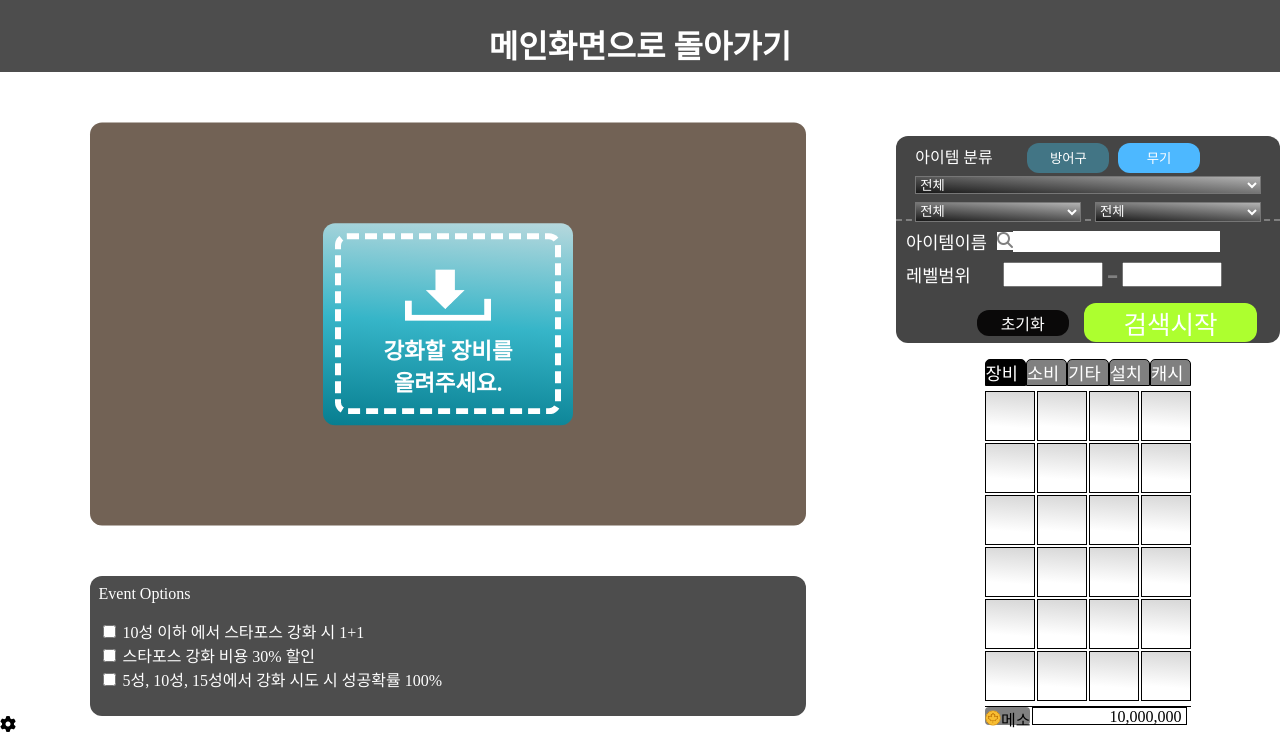
Repository: Unique0902/maple-sim
Page: starsim.html
These files come from the project's save history. The page is drawn as it stood at one moment and after the next save; the edit follows.
The browser window is 1280 px wide. The pictures show the whole page.
Some web libraries are served in a nearby version.

Above is the page before, as saved 2022-07-24 18:08:10.

### starsim.html
<!DOCTYPE html>
<html>
  <head>
    <meta charset="utf-8" />
    <script src="https://cdn.jsdelivr.net/npm/sweetalert2@9"></script>
    <link rel="stylesheet" href="starCatchFrame.css" />
    <title>스타포스 시뮬레이터</title>
    <link rel="shortcut icon" href="#">
    <script
      src="https://kit.fontawesome.com/5e90eb26c9.js"
      crossorigin="anonymous" defer
    ></script>
    <link rel="stylesheet" href="starsim_style.css" />
    <script src="starForceLogic.js" defer></script>
    <script src="starsim_main.js" defer></script>
  </head>
  <body>
    <header>
      <a href="index.html" class="header__anchor"
        ><h1>메인화면으로 돌아가기</h1></a
      >
    </header>
    <main>
      <section class="reinforceWindow">
        <div class="reinforceBox">
          <div class="renforceBox__outerBox">
            <div class="reinforceBox__borderBox">
              <img
                src="picture/drag.png"
                alt="dragout"
                class="reinforceBox__img"
              />
              <p class="reinforceBox__description">
                강화할 장비를<br />올려주세요.
              </p>
            </div>
          </div>
          <div class="starforceBox none">
            <div class="starforceBox__reinforceSelects">
              <button class="starforceBox__reinforceSelect">
                주문서
              </button>
              <button class="starforceBox__reinforceSelect selected">
                스타포스 강화
              </button>
              <button class="starforceBox__reinforceSelect">
                장비전승
              </button>
            </div>
            <div class="starforceBox__alertBox">
              <i class="fa-solid fa-triangle-exclamation"></i>
              <span class="alertBox__description">
                실패 시 장비가 <span class="yellow">파괴</span>되거나 <span class="yellow">단계</span>가 <span class="yellow">하락</span>될 수 있습니다.
              </span>
            </div>
            <div class="starforceBox__mainItemBlock">
              <div class="mainItemBlock__itemView">
                <div class="mainItemBlock__detailStarforce">
                  <div class="detailStarforce__lineRight"></div>
                  <div class="detailStarforce__text">10성+</div>
                  <div class="detailStarforce__lineLeft"></div>
                  <div class="detailStarforce__lineRightDown"></div>
                  <div class="detailStarforce__lineLeftDown"></div>
                </div>
                <div class="mainItemBlock__detailStarforce__downBox"></div>
                <div class="mainItemBlock__borderBlock">
                  <img src="picture/archer_hat_150.jpg" alt="" class="mainItemBlock__itemImg">
                </div>
                <div class="itemView__animationBlock">
                  <div id="centerTwinkle" class="none"></div>
                  <div id="borderTwinkle" class="none"></div>
                </div>
              </div>
              <div class="mainItemBlock__reinforceDescription">
                <span id="beforeStar">12</span>성> <span id="nextStar">13</span>성<br>
                성공확률: <span id="successPer">40.0</span>%<br>
                <span id="fail">실패(<span id="minOrMain">하락</span>)확률: <span id="failPer">40.0</span>%<br></span>
                <span id="destroyed">파괴확률: <span id="destroyPer">40.0</span>%<br></span>
                <br>
                <span id="str">STR: +<span id="strStat">3</span><br></span>
                <span id="dex">DEX: +<span id="dexStat">3</span><br></span>
                <span id="int">INT: +<span id="intStat">3</span><br></span>
                <span id="luk">LUK: +<span id="lukStat">3</span><br></span>
                <span id="attack">공격력: +<span id="attackStat">3</span><br></span>
                <span id="magic">마력: +<span id="magicStat">3</span><br></span>
                <span id="maxHp">최대 HP: +<span id="maxHpStat">5</span><br></span>
                <span id="maxMp">최대 MP: +<span id="maxMpStat">5</span><br></span>
                <span id="defense">방어력: +<span id="defenseStat">5</span><br></span>
                <span id="speed">이동속도: +<span id="speedStat">5</span><br></span>
                <span id="jump">점프력: +<span id="jumpStat">5</span><br></span>
              </div>
            </div>
            <div class="starforceBox__starforceOptions">
              <div class="starforceOption">
                <span class="starforceOption__title">스타캐치 해제</span>
                <input type="checkbox" name="unlockStarcatch" class="starforceOption__checkBox" id="unlockStarcatch">
                <label for="unlockStarcatch"></label>
              </div>
              <div class="starforceOption">
                <span class="starforceOption__title">파괴방지</span>
                <input type="checkbox" name="preventDestruction" class="starforceOption__checkBox" id="preventDestruction">
                <label for="preventDestruction" id="preventDestructionLabel"></label>
              </div>
            </div>
            <div class="starforceBox__necessaryMoneyBlock">
              <div class="necessaryMoneyBlock__titleBox">
                <i class="fa-solid fa-circle"></i>
                <span class="necessaryMoneyBlock__title">필요한 메소:</span>
              </div>
              <div class="necessaryMoneyBlock__leftMoney">10,000</div>
            </div>
            <div class="starforceBox__reinforceBtns">
              <button class="starforceBox__reinforceBtn">
                <span class="reinforceBtn__opacityWrap">
                  <i class="fa-solid fa-plus"></i>
                  <span class="reinforceBtn__title">강화</span>
                </span>
              </button>
              <button class="starforceBox__cancelBtn">
                <i class="fa-solid fa-rotate-left"></i>
                <span class="cancelBtn__title">취소</span>
              </button>
            </div>
          </div>
          <div class="reinforceAdditionBox none">
            <div class="reinforceAdditionBox__descriptionBlock">
              <div class="reinforceAdditionBox__description">
                <span id="addition__moneyText">10000</span> 메소<br>
                <br>
                <span id="addition__diminishText">강화 실패 시 강화 단계가 하락됩니다.<br></span>
                <span id="addition__destroyAndDiminishText">강화 실패 시 장비가 파괴되거나<br>
                강화 단계가 하락될 수 있습니다.<br>
                </span>
                <span id="addition__destroyText">강화 실패 시 장비가 파괴될 수 있습니다.<br></span>
                <span id="addition__reinforceTryText">강화를 시도하시겠습니까?</span>
              </div>
            </div>
            <div class="reinforceAdditionBox__buttonsBlock">
              <button class="reinforceAdditionBox__confirmBtn">
                확인
              </button>
              <button class="reinforceAdditionBox__cancelBtn">
                취소
              </button>
            </div>
          </div>
          <div class="reinforceResultBox none">
            <div class="reinforceResultBox__mainBlock">
              <div class="reinforceResultBox__imgChangeBlock">
                <div class="imgChangeBlock__beforeBlock">
                  <img src="picture/archer_hat_150.jpg" class="beforeImg" alt="">
                </div>
                <i class="fa-solid fa-angle-right"></i>
                <div class="imgChangeBlock__afterBlock">
                  <img src="picture/archer_hat_150.jpg" class="afterImg" alt="">
                </div>
              </div>
              <div class="reinforceResultBox__description">
                <span id="resultSuccessText">강화에 <span id="yellow">성공</span>하셨습니다.</span>
                <span id="resultDiminishText" class="none">강화에 <span id="red">실패</span>하여 강화 단계가 <span id="red">하락</span>하였습니다.</span>
                <span id="resultMaintainText" class="none">강화에 <span id="red">실패</span>하였습니다.</span>
                <span id="resultDestroyText" class="none">강화에 <span id="black">실패</span>하여 장비가 <span id="black">파괴</span>되었습니다.</span>
              </div>
            </div>
            <div class="reinforceResultBox__buttonsBlock">
              <button class="reinforceResultBox__confirmBtn">
                확인
              </button>
            </div>
            <div class="successAnimation none">
              <div class="successAnimation__upline"></div>
              <div class="successAnimation__main">
                <img src="texts/success.png" class="successAnimation__img">
              </div>
              <div class="successAnimation__downline"></div>
              <div class="successAnimation__effectCircle">
              </div>
              <div class="successAnimation__effectStars">
                <img src="picture/star1.png" id="star1">
                <img src="picture/star2.png" id="star2">
                <img src="picture/star3.png" id="star3">
                <img src="picture/star4.png" id="star4">
              </div>
            </div>
            <div class="failAnimation none">
              <div class="failAnimation__upline"></div>
              <div class="failAnimation__main">
                <img src="texts/failed.png" class="failAnimation__img">
              </div>
              <div class="failAnimation__downline"></div>
            </div>
            <div class="destroyAnimation none">
              <div class="destroyAnimation__upline"></div>
              <div class="destroyAnimation__main">
                <img src="texts/destroyed.png" class="destroyAnimation__img">
              </div>
              <div class="destroyAnimation__downline"></div>
            </div>
          </div>
          <div class="starcatchBox none">
            <div class="starcatchBox__main">
              <div class="starcatchBox__description">
                <div class="starcatchBox__text">
                  별을 정확한 곳에 멈추면 <span id="yellow">강화 성공률이 증가</span>하며<br>
                  연속해서 강화를 시도하면 <span id="yellow">난이도가 증가</span>합니다.
                </div>
              </div>
              <div class="starcatchBox__itemBlock">
                <div class="starcatchBox__itemView">
                  <div class="starcatchBox__borderBlock">
                    <img src="picture/archer_hat_150.jpg" class="starcatchBox__itemImg">
                  </div>
                </div>
                <div class="starcatchBox__countAnimations none">
                  <img src="texts/start.png" class="countStartAnimation">
                  <img src="texts/1.png" class="count1Animation">
                  <img src="texts/2.png" class="count2Animation">
                  <img src="texts/3.png" class="count3Animation">
                  <img src="texts/4.png" class="count4Animation">
                  <img src="texts/5.png" class="count5Animation">
                </div>
              </div>
                <div class="starcatchBox__gameBlock">
                  <div class="starcatchBox__starAnimation none">
                    <img src="picture/star.png" class="starAnimation__star">
                  </div>
                  <div class="gameBlock__targetZone"></div>
                  <div class="starcatchBox__successCircleAnimation none"></div>
                  <div class="starcatchBox__successperAnimation none">
                    <img src="texts/starcatchSuccess.png" class="starcatchPerImg">
                  </div>
                </div>
              <div class="starcatchBox__btnBlock">
                <button class="starcatchBox__stopBtn">
                  STOP!
                </button>
              </div>
            </div>

          </div>
          <div class="maxStarforceBox none">
            <div class="maxStarforceBox__mainBlock">
              <div class="maxStarforceBox__description">
                <span id="maxStarforceText">강화에 성공하셨습니다.<br>
                장비가 한계까지 강화되어<br>
                더 이상 강화할 수 없습니다.
                </span>
              </div>
            </div>
            <div class="maxStarforceBox__buttonsBlock">
              <button class="maxStarforceBox__confirmBtn">
                확인
              </button>
            </div>
          </div>
        </div>
      </section>
      <aside>
        <section class="itemSelectWindow">
          <div class="itemSelctWindow__optionSelect">
            <div class="optionSelect__header">
              <div class="optionSelect__title">아이템 분류</div>
              <div class="optionSelct__buttons">
                <button class="clothBtn selected">방어구</button>
                <button class="weaponBtn">무기</button>
              </div>
            </div>
            <div class="itemSlectWindow__selects">
              <div class="jobOption">
                <select name="job" id="job">
                        <option>전체</option>
                        <option>전사</option>
                        <option>마법사</option>
                        <option>궁수</option>
                        <option>도적</option>
                        <option>해적</option>
                </select>
            </div>
            <div class="itemOptions">
                <div class="itemType">
                    <select name="itemType" id="itemType">
                        <option selected>전체</option>
                        <option>방어구</option>
                        <option>장신구</option>
                        <option>기타</option>
                    </select>
                </div>
                <div class="bodyPartOption">
                    <select name="bodyPart" id="bodyPart">
                        <option selected>전체</option>
                    </select>
                </div>
            </div>
            </div>

          </div>
          <div class="line"></div>
          <div class="itemSelectWindow__nameSearch">
            <label class="nameSearch__title">아이템이름</label>
              <span class="nameSearch__searchImg"><i class="fa-solid fa-magnifying-glass"></i></span>
            <input type="search" maxlength="30" class="nameSearch__searchBlock"></input>
          </div>
          <div class="itemSelectWindow__levelLimit">
            <label class="levelLimit__title">레벨범위</label>
            <div class="levelLimit__option">
              <input type="number" class="levelLimit__frontLevel">
              <span class="levelLimit__borderline">-</span>
              <input type="number" class="levelLimit__backLevel">
            </div>
          </div>
          <div class="searchBtns">
            <button class="searchClearBtn">초기화</button>
            <button class="searchStartBtn">검색시작</button>
          </div>
        </section>
        <section class="itemWindow">
          <ul class="itemDivisions">
            <li class="itemDivision sel">장비</li>
            <li class="itemDivision">소비</li>
            <li class="itemDivision">기타</li>
            <li class="itemDivision">설치</li>
            <li class="itemDivision">캐시</li>
          </ul>
          <div class="itemWindow__items">
            <table class="items__table">

              <tbody>
                <tr id="tr1">
                  <td class="tr1" id="td1"></td>
                  <td class="tr1" id="td2"></td>
                  <td class="tr1" id="td3"></td>
                  <td class="tr1" id="td4"></td>
                </tr>
                <tr id="tr2">
                  <td class="tr2" id="td1"></td>
                  <td class="tr2" id="td2"></td>
                  <td class="tr2" id="td3"></td>
                  <td class="tr2" id="td4"></td>
                </tr>
                <tr id="tr3">
                  <td class="tr3" id="td1"></td>
                  <td class="tr3" id="td2"></td>
                  <td class="tr3" id="td3"></td>
                  <td class="tr3" id="td4"></td>
                </tr>
                <tr id="tr4">
                  <td class="tr4" id="td1"></td>
                  <td class="tr4" id="td2"></td>
                  <td class="tr4" id="td3"></td>
                  <td class="tr4" id="td4"></td>
                </tr>
                <tr id="tr5">
                  <td class="tr5" id="td1"></td>
                  <td class="tr5" id="td2"></td>
                  <td class="tr5" id="td3"></td>
                  <td class="tr5" id="td4"></td>
                </tr>
                <tr id="tr6">
                  <td class="tr6" id="td1"></td>
                  <td class="tr6" id="td2"></td>
                  <td class="tr6" id="td3"></td>
                  <td class="tr6" id="td4"></td>
                </tr>
              </tbody>
            </table>
          </div>
          <div class="itemWindow__moneyBlock">
            <span class="moneyBlock__title"
              ><img src="picture/mapleCoin-removebg-preview.png" alt="meso" class="mesoImg" />메소</span
            >
            <span class="moneyBlock__nowMoney">000</span>
          </div>
          <div class="followedItemBox">

          </div>
        </section>
      </aside>
    </main>
    <footer>
      <section class="optionWindow">
        <div class="optionWindow__title">
          Event Options
        </div>
        <ul class="reinforceEvents">
          <li class="reinforceEvent">
            <input type="checkbox" id="onePlusOne">
            <label for="onePlusOne" class="onePLusOne_label">10성
               이하 에서 스타포스 강화 시 1+1
            </label>
          </li>
          <li class="reinforceEvent">
            <input type="checkbox" id="discount30">
            <label for="discount30" class="discount30_label">스타포스
                   강화 비용 30% 할인
            </label>
          </li>
          <li class="reinforceEvent">
            <input type="checkbox" id="reinforceEvent">
            <label for="reinforceEvent" class="reinforceEvent_label">5성, 10성, 15성에서 강화 시도 시 성공확률 100%
            </label>
          </li>
        </ul>
      </section>
      <section class="lowerBar">
        <div class="lowerBar__settings">
          <i class="fa-solid fa-gear"></i>
        </div>
      </section>
    </footer>
    <section class="searchedPageWindow none">
      <div class="searchedPageWindow__header">
        <div class="searchedPageWindow__title">
          | 검색결과
        </div>
        <button class="searchedPageWindow__previousBtn"><</button>
        <div class="searchedPageWindow__pageInformation">0 / 0</div>
        <button class="searchedPageWindow__nextBtn">></button>
        <button class="searchedPageWindow__cancelBtn">X</button>
      </div>
      <div class="searchedPageWindow__itemTableSubBlock">
        <div class="itemTableSubBlock__itemName">
          아이템 이름
        </div>
        <div class="itemTableSubBlock__levelLimit">
          레벨 제한
        </div>
      </div>
      <div class="searchedPageWindow__itemTable">

      </div>
    </section>

  </body>
</html>

### starCatchFrame.css
@-webkit-keyframes move{
  from{
    top: 345px;
    left: 140px;
  }
  to{
    top: 345px;
    left: 490px;
  }
}
#starCatchFailedImage{
  display: none;
  position: relative;
  z-index: 4;
  height: 65px;
  width: 200px;
  bottom: 30px;
  left: 180px;
}
#starCatchSuccessImage{
  display: none;
  position: relative;
  z-index: 4;
  height: 65px;
  width: 200px;
  bottom: 30px;
  left: 180px;
}
#starCatchStartImage{
  display: none;
  position: relative;
  z-index: 3;
  height: 250px;
  width: 350px;
  bottom: 180px;
  left: 60px;
}
#starCatch5secondImage, #starCatch4secondImage, #starCatch3secondImage, #starCatch2secondImage, #starCatch1secondImage{
  display: none;
  position: relative;
  z-index: 3;
  height: 200px;
  width: 200px;
  bottom: 300px;
  left: 160px;
}
#starForceSuccessImage, #starForceFailedImage{
  display: none;
  position: relative;
  z-index: 4;
  height: 200px;
  width: 200px;
  bottom: 350px;
  left: 160px;
}
#starCatchGrid{
  display= grid;
  position: relative;
  z-index: 2;
  grid-template-columns: 1fr;
   grid-template-rows: 2fr 6fr 1fr 1fr;
   background-color: black;
   width:500px;
   bottom: 350px;
}
#tel{
  margin-left: 50px;
  height: 40px;
  width: 400px;
  background-color:#1E3269;
}

#starstar{
  position:absolute;
  top: 70px;
  left:100px;
  width:40px;
  height:40px;
  margin-left:-90px;
  animation: move 2s alternate both infinite running;

}
#targetZone{
  margin-left: 155px;
  background-color: #FFAA28;
  height: 40px;
  width: 80px;
}

#backback{
  background-color: skyblue;
  width: 300px;
  height: 300px;
  margin-left: 100px;

}
#description{
  background-color: white;
  border: 1px solid black;
  width: 500px;
}
#picturesajin{
  width: 200px;
  height: 200px;
  margin-top: 50px;
  margin-left: 50px;
}
#button{
  width: 116px;
      height: 46px;
}

Loaded but not shown: starsim_main.js (2903 lines, source omitted); starForceLogic.js (584 lines, source omitted); starsim_style.css (1905 lines, source omitted)

After the next save:
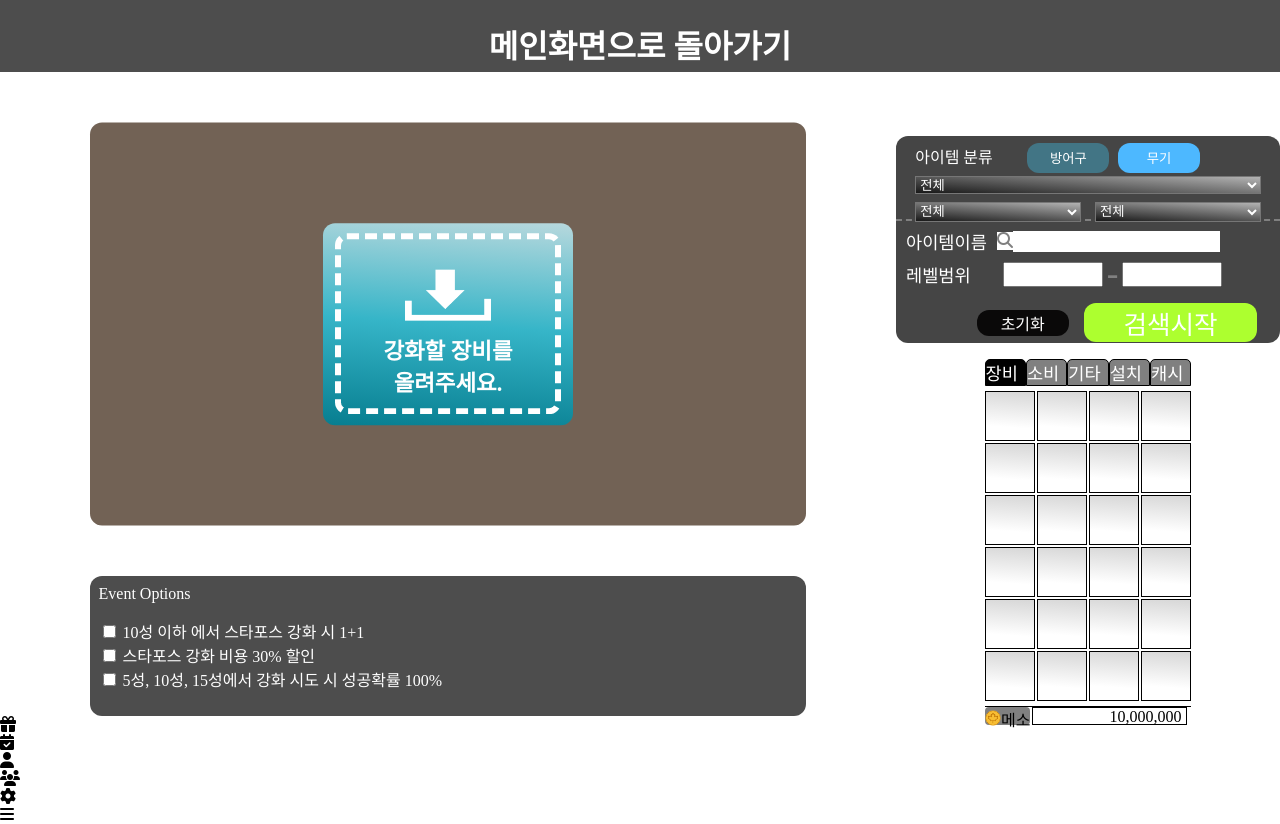
Saved 4 min 51 s later.
--- a/starsim.html
+++ b/starsim.html
@@ -402,8 +402,23 @@
         </ul>
       </section>
       <section class="lowerBar">
+        <div class="lowerBar__gift">
+          <i class="fa-solid fa-gift"></i>
+        </div>
+        <div class="lowerBar__calendar">
+          <i class="fa-solid fa-calendar-check"></i>
+        </div>
+        <div class="lowerBar__user">
+          <i class="fa-solid fa-user"></i>
+        </div>
+        <div class="lowerBar__community">
+          <i class="fa-solid fa-users"></i>
+        </div>
         <div class="lowerBar__settings">
           <i class="fa-solid fa-gear"></i>
+        </div>
+        <div class="lowerBar__menu">
+          <i class="fa-solid fa-bars"></i>
         </div>
       </section>
     </footer>
